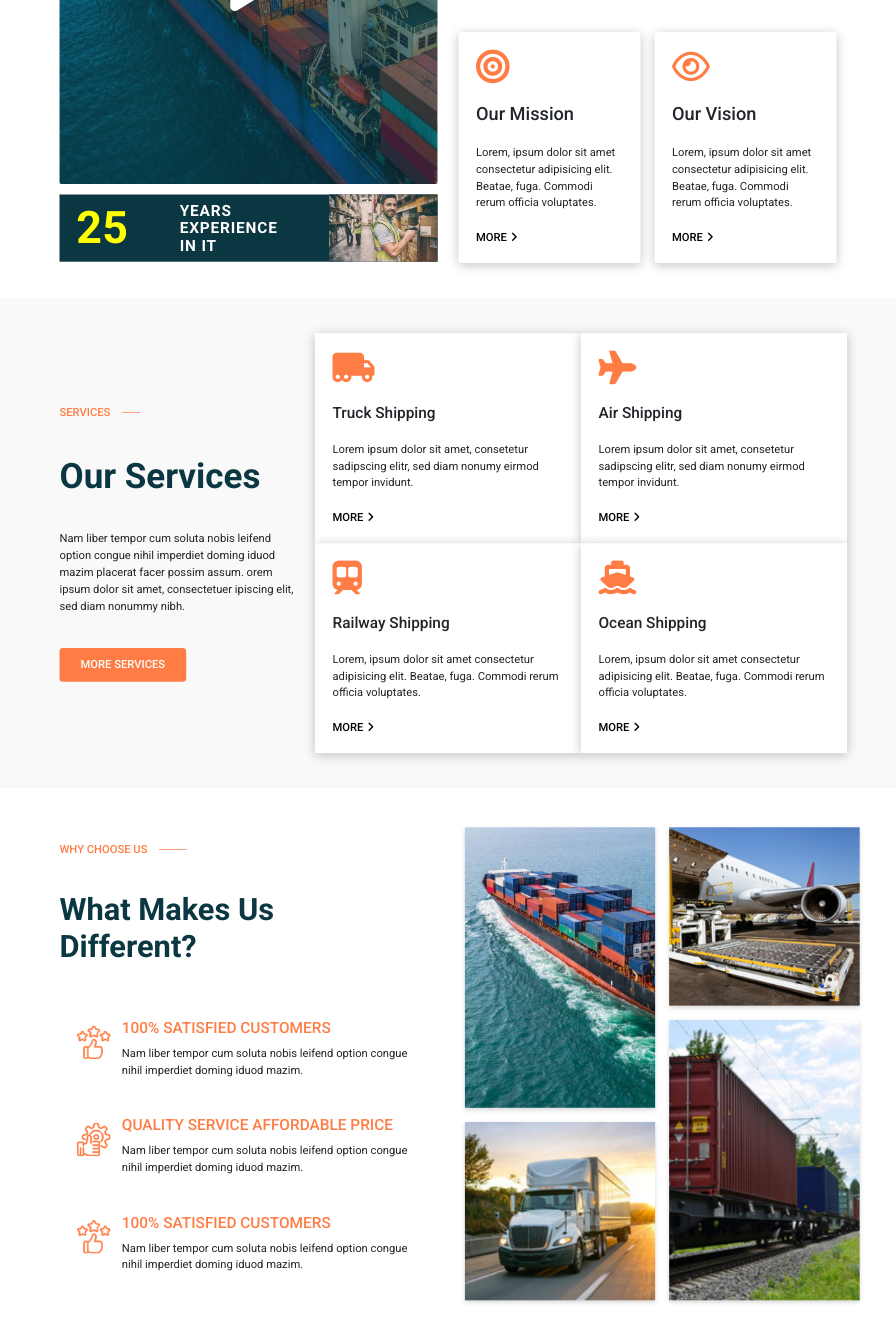
Repository: nazmulalok/shipping-theme
Page: index.html
The author's editor kept a copy of each file at every save. The page is drawn from the files as they stood at one save, then again after the next save.
The browser window is 1280 px wide. The pictures show the part of the page from y = 1327 to 3247 px (the page is 3247 px tall), at 70% of full size.
Some web libraries are served in a nearby version.

Above is the page before, as saved 2022-10-08 23:30:17.

### index.html
<!DOCTYPE html>
<html lang="en">

    <head>
        <meta charset="UTF-8">
        <meta http-equiv="X-UA-Compatible" content="IE=edge">
        <meta name="viewport" content="width=device-width, initial-scale=1.0">
        <link rel="preconnect" href="https://fonts.googleapis.com">
        <link rel="preconnect" href="https://fonts.gstatic.com" crossorigin>
        <link
            href="https://fonts.googleapis.com/css2?family=Roboto:ital,wght@0,300;0,400;0,500;0,700;0,900;1,300;1,400;1,500;1,700;1,900&display=swap"
            rel="stylesheet">
        <link rel="stylesheet" href="https://cdnjs.cloudflare.com/ajax/libs/font-awesome/6.2.0/css/all.min.css"
            integrity="sha512-xh6O/CkQoPOWDdYTDqeRdPCVd1SpvCA9XXcUnZS2FmJNp1coAFzvtCN9BmamE+4aHK8yyUHUSCcJHgXloTyT2A=="
            crossorigin="anonymous" referrerpolicy="no-referrer" />
        <link rel="stylesheet" href="https://cdn.jsdelivr.net/npm/bootstrap@4.0.0/dist/css/bootstrap.min.css"
            integrity="sha384-Gn5384xqQ1aoWXA+058RXPxPg6fy4IWvTNh0E263XmFcJlSAwiGgFAW/dAiS6JXm" crossorigin="anonymous">
        <link rel="stylesheet" href="style.css">
        <title>Document</title>
    </head>

    <body>
        <header class="header-top">
            <div class="container">
                <div class="top-bar">
                    <p class="m-0">Dolor sit amet, consetetur sadipscing elitr sed diam</p>
                    <div>
                        <span class="mr-4">Shipment Tracker</span>
                        <span>Login</span>
                    </div>
                </div>
                <div class="header-area">
                    <div class="logo">
                        <img src="images/box.svg" alt="Logo Box" class="me-2">
                        <img src="images/shipping-logo.svg" alt="Shipping Logo">
                    </div>
                    <nav>
                        <ul>
                            <li><a href="#">Home</a></li>
                            <li><a href="#">About Us</a></li>
                            <li><a href="#">Service</a></li>
                            <li><a href="#">Project</a></li>
                            <li><a href="#">Blog</a></li>
                            <li><a href="#">News & Events</a></li>
                            <li><a href="#">Contact Us</a></li>
                        </ul>
                    </nav>
                    <div class="nav-btn">
                        <a class="common-btn mr-3" href="#">Get A Quote</a>
                        <i class="fa-solid fa-ellipsis-vertical"></i>
                    </div>
                </div>
            </div>
        </header>
        <!-- Slider -->
        <section>
            <div class="main-slider">
                <div class="container">
                    <div class="slide-content">
                        <div class="slide-text">
                            <div class="slider-title mb-4">Lorem ips<br>
                                dolor sit ametcon<br>
                                sadips cing</div>
                            <p>Nam liber tempor cum soluta nobis eleifend option</p>
                            <div class="sliderBtn mt-5"><a class="common-btn mr-4" href="#">Get Started Now</a><a
                                    class="common-btn outline-btn" href="#">Learn More</a></div>
                        </div>
                    </div>
                </div>
            </div>
        </section>
        <!-- Slider Ends -->
        <div class="common-sec">
            <div class="container">
                <div class="row align-items-center mb-5">
                    <div class="col-lg-6">
                        <h1 class="border-heading">Duis Autem Vel Eumri
                            Ure Dolor In Hend</h1>
                    </div>
                    <div class="col-lg-6">
                        <p class="ms-4">Nam liber tempor cum soluta nobis eleifend option congue nihil imperdiet doming
                            id quod mazim
                            placerat facer possim assum. Lorem ipsum dolor sit amet, consectetuer adipiscing.</p>
                    </div>
                </div>
                <div class="row mt-5">
                    <div class="col-lg-6">
                        <div class="video-box img-box img-shadow">
                            <img src="images/ship-products.jpg" alt="Ship Products" />
                            <a data-fancybox="" href="" class="video-btn">
                                <i class="fa fa-play"></i>
                            </a>
                        </div>
                        <div class="exp-section">
                            <div class="exp-title ml-4">
                                25
                            </div>
                            <div class="exp-paragraph">
                                Years <br>Experience <br>In It
                            </div>
                            <img src="images/exp-bg.png" alt="Experience">
                        </div>
                    </div>
                    <div class="col-lg-6">
                        <span class="sp-title">About Us</span>
                        <h2 class="mb-5">Lorem Ipsum Dolo
                            Sit Amet Conse</h2>
                        <p class="mb-5">Lorem ipsum dolor sit amet, consetetur sadipscing elitr, sed diam nonumy eirmod
                            tempor
                            invidunt.</p>
                        <div class="boxes">
                            <div class="common-box">
                                <div class="content">
                                    <i class="fa-solid fa-bullseye mb-4"></i>
                                    <div class="box-title mb-4">
                                        Our Mission
                                    </div>
                                    <p class="mb-4">Lorem, ipsum dolor sit amet consectetur adipisicing elit. Beatae,
                                        fuga. Commodi
                                        rerum
                                        officia voluptates.</p>
                                    <a href="#" class="more-btn">More</a>
                                </div>
                            </div>
                            <div class="common-box">
                                <div class="content">
                                    <i class="fa-regular fa-eye mb-4"></i>
                                    <div class="box-title mb-4">
                                        Our Vision
                                    </div>
                                    <p class="mb-4">Lorem, ipsum dolor sit amet consectetur adipisicing elit. Beatae,
                                        fuga. Commodi
                                        rerum
                                        officia voluptates.</p>
                                    <a href="#" class="more-btn">More</a>
                                </div>
                            </div>
                        </div>
                    </div>
                </div>
            </div>
        </div>
        <div class="common-sec service-sec">
            <div class="container">
                <div class="row align-items-center">
                    <div class="col-lg-4">
                        <span class="sp-title">Services</span>
                        <h2 class="mb-5">Our Services</h2>
                        <p class="mb-5">Nam liber tempor cum soluta nobis leifend option congue nihil imperdiet doming
                            iduod mazim placerat facer possim assum. orem ipsum dolor sit amet, consectetuer ipiscing
                            elit, sed diam nonummy nibh.</p>
                        <a href="#" class="common-btn">More Services</a>
                    </div>
                    <div class="col-lg-8">
                        <div class="row">
                            <div class="col-lg-6 p-0">
                                <div class="common-box">
                                    <div class="content">
                                        <i class="fa-solid fa-truck-moving mb-4"></i>
                                        <div class="box-title mb-4">
                                            Truck Shipping
                                        </div>
                                        <p class="mb-4">Lorem ipsum dolor sit amet, consetetur sadipscing elitr, sed
                                            diam nonumy eirmod tempor invidunt.</p>
                                        <a href="#" class="more-btn">More</a>
                                    </div>
                                </div>
                            </div>
                            <div class="col-lg-6 p-0">
                                <div class="common-box">
                                    <div class="content">
                                        <i class="fa-solid fa-plane mb-4"></i>
                                        <div class="box-title mb-4">
                                            Air Shipping
                                        </div>
                                        <p class="mb-4">Lorem ipsum dolor sit amet, consetetur sadipscing elitr, sed
                                            diam nonumy eirmod tempor invidunt.</p>
                                        <a href="#" class="more-btn">More</a>
                                    </div>
                                </div>
                            </div>
                            <div class="col-lg-6 p-0">
                                <div class="common-box">
                                    <div class="content">
                                        <i class="fa-solid fa-train-subway mb-4"></i>
                                        <div class="box-title mb-4">
                                            Railway Shipping
                                        </div>
                                        <p class="mb-4">Lorem, ipsum dolor sit amet consectetur adipisicing elit.
                                            Beatae,
                                            fuga. Commodi
                                            rerum
                                            officia voluptates.</p>
                                        <a href="#" class="more-btn">More</a>
                                    </div>
                                </div>
                            </div>
                            <div class="col-lg-6 p-0">
                                <div class="common-box">
                                    <div class="content">
                                        <i class="fa-solid fa-ship mb-4"></i>
                                        <div class="box-title mb-4">
                                            Ocean Shipping
                                        </div>
                                        <p class="mb-4">Lorem, ipsum dolor sit amet consectetur adipisicing elit.
                                            Beatae,
                                            fuga. Commodi
                                            rerum
                                            officia voluptates.</p>
                                        <a href="#" class="more-btn">More</a>
                                    </div>
                                </div>
                            </div>
                        </div>
                    </div>
                </div>
            </div>
        </div>
        <div class="common-sec why-choose-sec">
            <div class="container">
                <div class="row align-items-center">
                    <div class="col-lg-6">
                        <span class="sp-title">Why Choose Us</span>
                        <h3 class="mb-5">What Makes Us <br>
                            Different?</h3>
                        <div class="why-choose-box">
                            <div class="common-box">
                                <div class="content d-flex align-items-center">
                                    <div class="img-box mr-3">
                                        <img src="images/satisfied-customers.png" alt="Satisfied Customers">
                                    </div>
                                    <div>
                                        <div class="box-title mb-2">
                                            100% Satisfied Customers
                                        </div>
                                        <p>Nam liber tempor cum soluta nobis leifend option congue nihil imperdiet
                                            doming iduod mazim.</p>
                                    </div>
                                </div>
                            </div>
                            <div class="common-box">
                                <div class="content d-flex align-items-center">
                                    <div class="img-box mr-3">
                                        <img src="images/quality-services.png" alt="Quality Services">
                                    </div>
                                    <div>
                                        <div class="box-title mb-2">
                                            Quality Service Affordable Price
                                        </div>
                                        <p>Nam liber tempor cum soluta nobis leifend option congue nihil imperdiet
                                            doming iduod mazim.</p>
                                    </div>
                                </div>
                            </div>
                            <div class="common-box">
                                <div class="content d-flex align-items-center">
                                    <div class="img-box mr-3">
                                        <img src="images/satisfied-customers.png" alt="Satisfied Customers">
                                    </div>
                                    <div>
                                        <div class="box-title mb-2">
                                            100% Satisfied Customers
                                        </div>
                                        <p>Nam liber tempor cum soluta nobis leifend option congue nihil imperdiet
                                            doming iduod mazim.</p>
                                    </div>
                                </div>
                            </div>
                        </div>
                    </div>
                    <div class="col-lg-6">
                        <div class="img-box">
                            <img src="images/why-choose-shipping.png" alt="Why Choose Shipping">
                        </div>
                    </div>
                </div>
            </div>
        </div>














        <script src="https://code.jquery.com/jquery-3.2.1.slim.min.js"
            integrity="sha384-KJ3o2DKtIkvYIK3UENzmM7KCkRr/rE9/Qpg6aAZGJwFDMVNA/GpGFF93hXpG5KkN"
            crossorigin="anonymous"></script>
        <script src="https://cdn.jsdelivr.net/npm/popper.js@1.12.9/dist/umd/popper.min.js"
            integrity="sha384-ApNbgh9B+Y1QKtv3Rn7W3mgPxhU9K/ScQsAP7hUibX39j7fakFPskvXusvfa0b4Q"
            crossorigin="anonymous"></script>
        <script src="https://cdn.jsdelivr.net/npm/bootstrap@4.0.0/dist/js/bootstrap.min.js"
            integrity="sha384-JZR6Spejh4U02d8jOt6vLEHfe/JQGiRRSQQxSfFWpi1MquVdAyjUar5+76PVCmYl"
            crossorigin="anonymous"></script>
    </body>

</html>

Loaded but not shown: style.css (477 lines, source omitted)

After the next save:
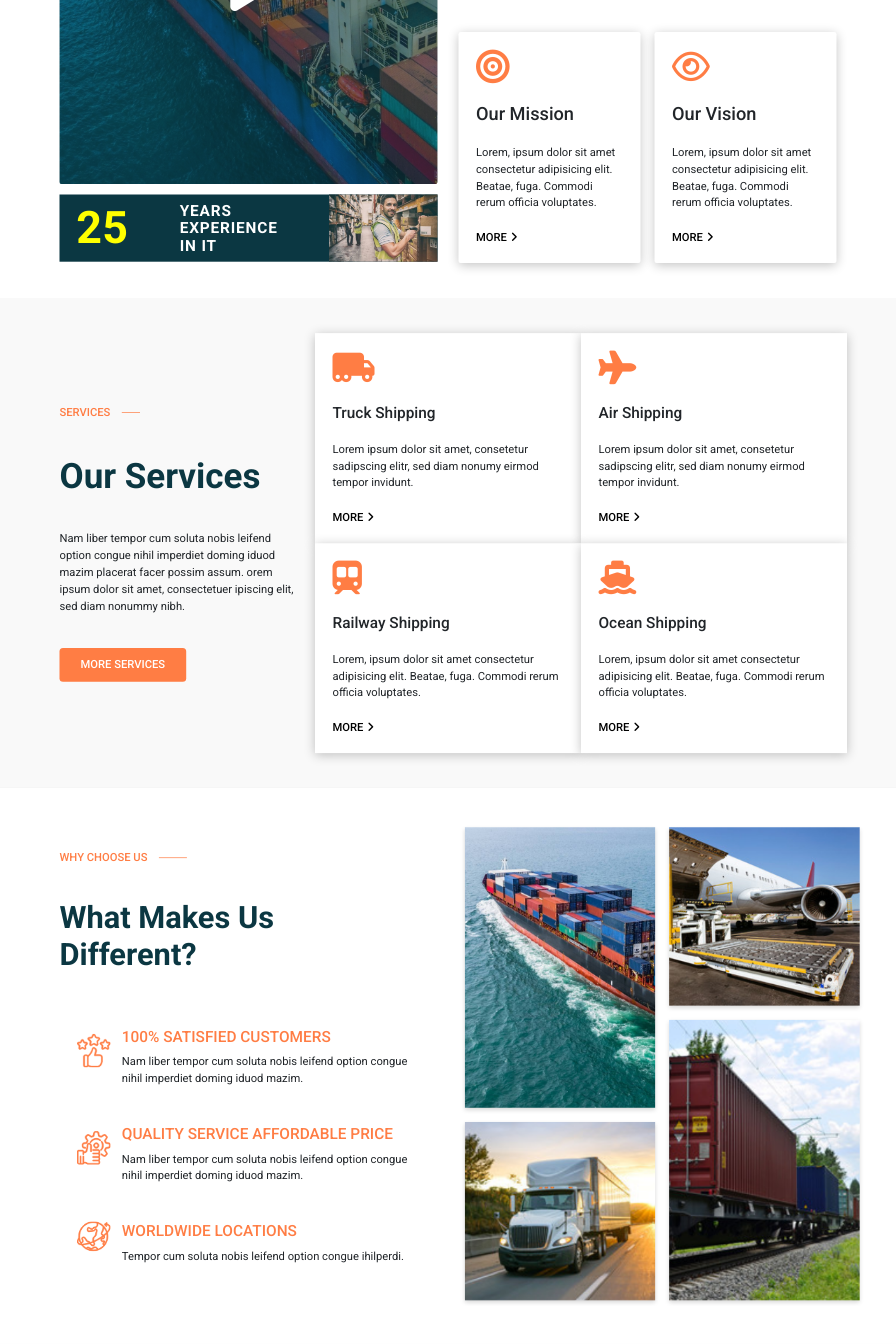
Saved 47 s later.
--- a/index.html
+++ b/index.html
@@ -255,14 +255,13 @@
                             <div class="common-box">
                                 <div class="content d-flex align-items-center">
                                     <div class="img-box mr-3">
-                                        <img src="images/satisfied-customers.png" alt="Satisfied Customers">
+                                        <img src="images/worldwide-locations.png" alt="Worldwide Locations">
                                     </div>
                                     <div>
                                         <div class="box-title mb-2">
-                                            100% Satisfied Customers
-                                        </div>
-                                        <p>Nam liber tempor cum soluta nobis leifend option congue nihil imperdiet
-                                            doming iduod mazim.</p>
+                                            Worldwide Locations
+                                        </div>
+                                        <p>Tempor cum soluta nobis leifend option congue ihilperdi.</p>
                                     </div>
                                 </div>
                             </div>
